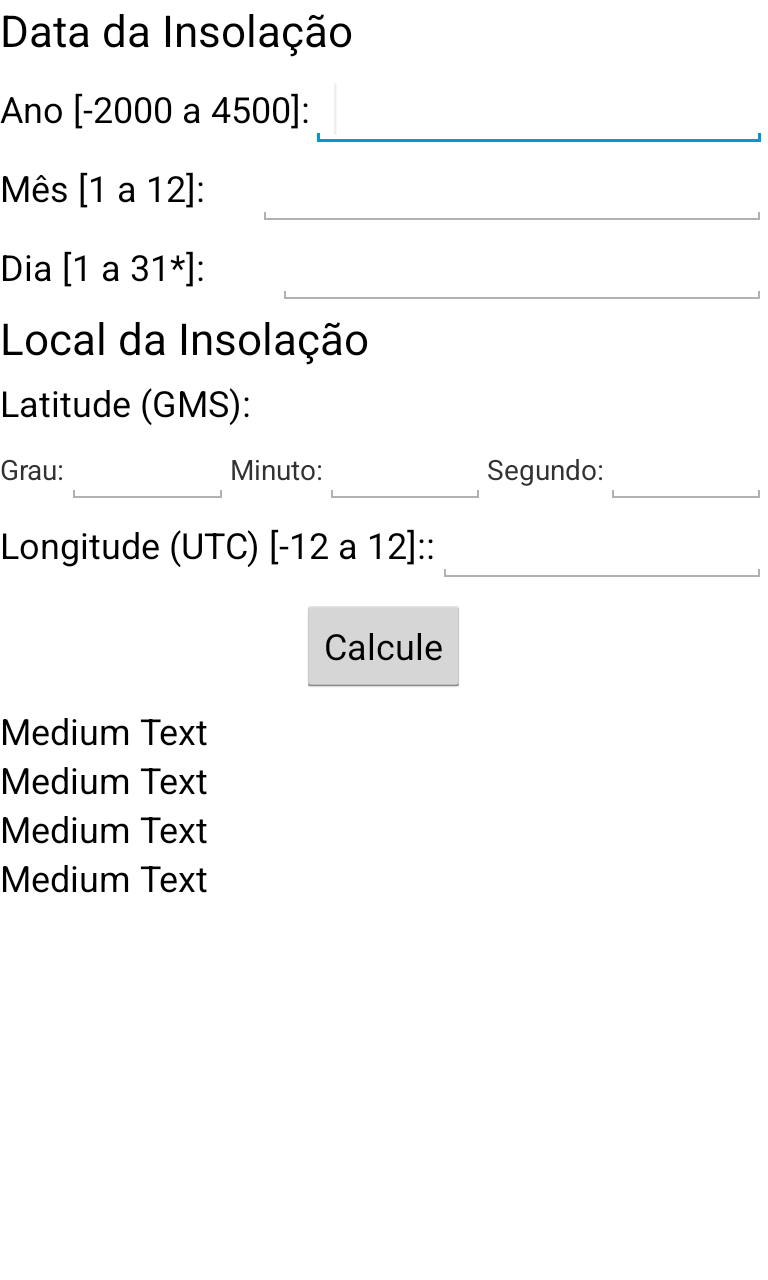
Repository: sergioPereiraBR/insolacao_terrestre
Layout: projeto/source code/InsolacaoTerrestre/res/layout/activity_insolacao_terrestre.xml
The author's editor kept a copy of each file at every save. The layout is drawn from the files as they stood at one save, then again after the next save.
It is drawn on a 768 x 1280 px phone screen (xhdpi) without system bars, with theme AppTheme; the app's code is not run.

Above is the layout before, as saved 2016-11-23 13:03:10.

### projeto/source code/InsolacaoTerrestre/res/layout/activity_insolacao_terrestre.xml
<LinearLayout xmlns:android="http://schemas.android.com/apk/res/android"
    xmlns:tools="http://schemas.android.com/tools"
    android:id="@+id/LinearLayout1"
    android:layout_width="match_parent"
    android:layout_height="match_parent"
    android:orientation="vertical"
    tools:context="${relativePackage}.${activityClass}" >

    <LinearLayout
        android:layout_width="fill_parent"
        android:layout_height="35dp" >

        <TextView
            android:id="@+id/textView4"
            android:layout_width="wrap_content"
            android:layout_height="wrap_content"
            android:text="Data da Insolação"
            android:textAppearance="?android:attr/textAppearanceLarge" />
    </LinearLayout>

    <LinearLayout
        android:layout_width="match_parent"
        android:layout_height="wrap_content" >

        <TextView
            android:id="@+id/textView5"
            android:layout_width="wrap_content"
            android:layout_height="wrap_content"
            android:text="Ano [-2000 a 4500]:"
            android:textAppearance="?android:attr/textAppearanceMedium" />

        <EditText
            android:id="@+id/editText1"
            android:layout_width="wrap_content"
            android:layout_height="wrap_content"
            android:layout_weight="1"
            android:ems="10"
            android:inputType="numberSigned" >

            <requestFocus />
        </EditText>
    </LinearLayout>

    <LinearLayout
        android:layout_width="match_parent"
        android:layout_height="wrap_content"
        android:orientation="horizontal" >

        <TextView
            android:id="@+id/textView1"
            android:layout_width="128dp"
            android:layout_height="wrap_content"
            android:text="Mês [1 a 12]:"
            android:textAppearance="?android:attr/textAppearanceMedium" />

        <EditText
            android:id="@+id/editText2"
            android:layout_width="fill_parent"
            android:layout_height="wrap_content"
            android:layout_weight="0.39"
            android:ems="10"
            android:inputType="number" />

    </LinearLayout>

    <LinearLayout
        android:layout_width="match_parent"
        android:layout_height="40dp" >

        <TextView
            android:id="@+id/textView2"
            android:layout_width="wrap_content"
            android:layout_height="wrap_content"
            android:layout_weight="1"
            android:text="Dia [1 a 31*]:"
            android:textAppearance="?android:attr/textAppearanceMedium" />

        <EditText
            android:id="@+id/editText3"
            android:layout_width="wrap_content"
            android:layout_height="wrap_content"
            android:layout_weight="1"
            android:ems="10"
            android:inputType="number" />

    </LinearLayout>

    <LinearLayout
        android:layout_width="match_parent"
        android:layout_height="35dp" >

        <TextView
            android:id="@+id/textView3"
            android:layout_width="wrap_content"
            android:layout_height="wrap_content"
            android:text="Local da Insolação"
            android:textAppearance="?android:attr/textAppearanceLarge" />

    </LinearLayout>

    <LinearLayout
        android:layout_width="match_parent"
        android:layout_height="wrap_content" >

        <TextView
            android:id="@+id/textView6"
            android:layout_width="wrap_content"
            android:layout_height="wrap_content"
            android:text="Latitude (GMS):"
            android:textAppearance="?android:attr/textAppearanceMedium" />

    </LinearLayout>

    <LinearLayout
        android:layout_width="match_parent"
        android:layout_height="wrap_content" >

        <TextView
            android:id="@+id/textView7"
            android:layout_width="wrap_content"
            android:layout_height="wrap_content"
            android:text="Grau:"
            android:textAppearance="?android:attr/textAppearanceSmall" />

        <EditText
        	android:id="@+id/editText4"
            android:layout_width="wrap_content"
            android:layout_height="wrap_content"
            android:layout_weight="1"
            android:ems="10"
            android:inputType="numberSigned" />


        <TextView
            android:id="@+id/textView8"
            android:layout_width="wrap_content"
            android:layout_height="wrap_content"
            android:text="Minuto:"
            android:textAppearance="?android:attr/textAppearanceSmall" />

        <EditText
            android:id="@+id/editText5"
            android:layout_width="wrap_content"
            android:layout_height="wrap_content"
            android:layout_weight="1"
            android:ems="10"
            android:inputType="number" />

        <TextView
            android:id="@+id/textView9"
            android:layout_width="wrap_content"
            android:layout_height="wrap_content"
            android:text="Segundo:"
            android:textAppearance="?android:attr/textAppearanceSmall" />

        <EditText
            android:id="@+id/editText6"
            android:layout_width="wrap_content"
            android:layout_height="wrap_content"
            android:layout_weight="1"
            android:ems="10"
            android:inputType="numberDecimal" />

    </LinearLayout>

    <LinearLayout
        android:layout_width="match_parent"
        android:layout_height="40dp" >

        <Space
            android:layout_width="wrap_content"
            android:layout_height="match_parent" />

        <TextView
            android:id="@+id/textView10"
            android:layout_width="wrap_content"
            android:layout_height="wrap_content"
            android:text="Longitude (UTC) [-12 a 12]::"
            android:textAppearance="?android:attr/textAppearanceMedium" />

        <EditText
            android:id="@+id/editText7"
            android:layout_width="wrap_content"
            android:layout_height="wrap_content"
            android:layout_weight="1"
            android:ems="10"
            android:inputType="numberSigned" />

    </LinearLayout>

    <LinearLayout
        android:layout_width="match_parent"
        android:layout_height="60dp" >

        <RelativeLayout
            android:layout_width="fill_parent"
            android:layout_height="fill_parent" >

            <Button
                android:id="@+id/button1"
                android:layout_width="wrap_content"
                android:layout_height="wrap_content"
                android:layout_centerHorizontal="true"
                android:layout_centerVertical="true"
                android:text="Calcule" />

        </RelativeLayout>

    </LinearLayout>

    <LinearLayout
        android:layout_width="match_parent"
        android:layout_height="wrap_content"
        android:orientation="vertical" >

        <TextView
            android:id="@+id/textView13"
            android:layout_width="wrap_content"
            android:layout_height="wrap_content"
            android:text="Medium Text"
            android:textAppearance="?android:attr/textAppearanceMedium" />

        <TextView
            android:id="@+id/textView14"
            android:layout_width="wrap_content"
            android:layout_height="wrap_content"
            android:text="Medium Text"
            android:textAppearance="?android:attr/textAppearanceMedium" />

        <TextView
            android:id="@+id/textView15"
            android:layout_width="wrap_content"
            android:layout_height="wrap_content"
            android:text="Medium Text"
            android:textAppearance="?android:attr/textAppearanceMedium" />

        <TextView
            android:id="@+id/textView12"
            android:layout_width="wrap_content"
            android:layout_height="wrap_content"
            android:text="Medium Text"
            android:textAppearance="?android:attr/textAppearanceMedium" />

    </LinearLayout>

</LinearLayout>

Loaded but not shown: projeto/source code/InsolacaoTerrestre/res/values/styles.xml (common file); projeto/source code/InsolacaoTerrestre/res/values-v11/styles.xml (common file); projeto/source code/InsolacaoTerrestre/res/values-v14/styles.xml (common file)

After the next save:
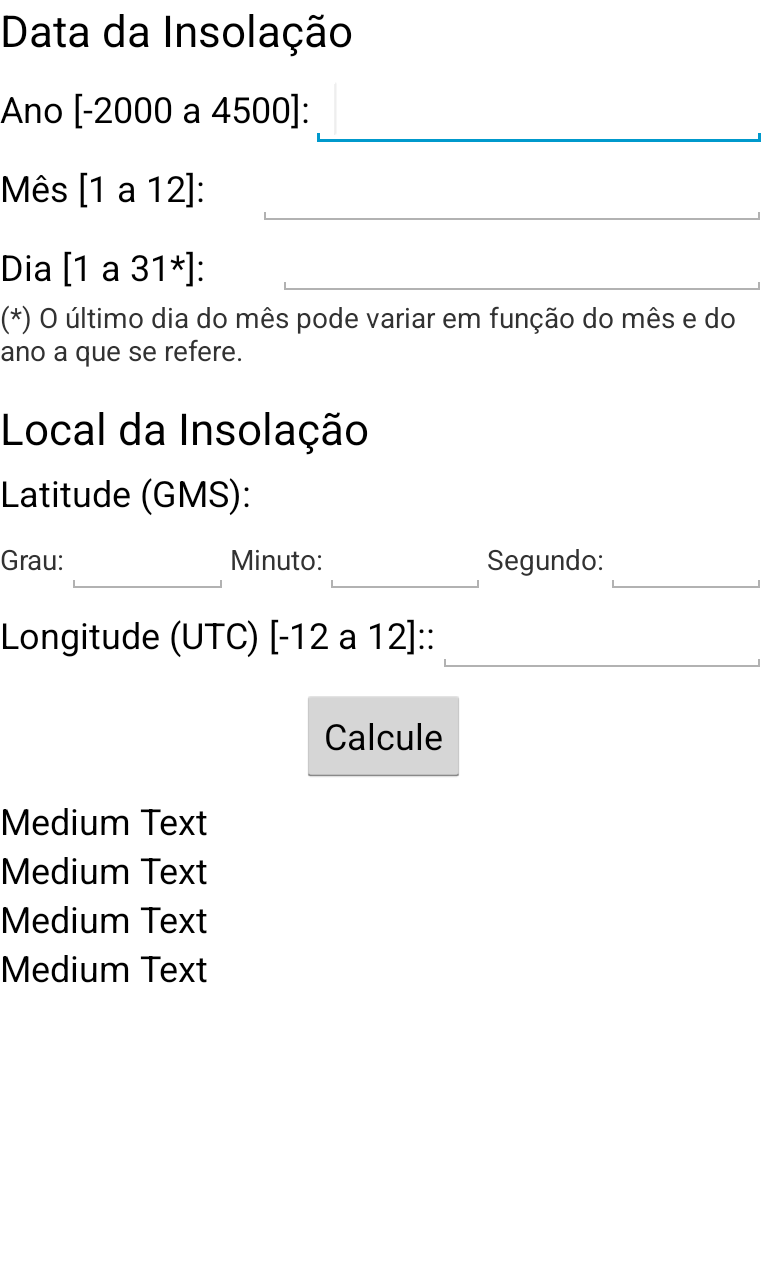
Saved 16 min 56 s later.
--- a/projeto/source code/InsolacaoTerrestre/res/layout/activity_insolacao_terrestre.xml
+++ b/projeto/source code/InsolacaoTerrestre/res/layout/activity_insolacao_terrestre.xml
@@ -65,23 +65,37 @@
 
     <LinearLayout
         android:layout_width="match_parent"
-        android:layout_height="40dp" >
-
-        <TextView
-            android:id="@+id/textView2"
-            android:layout_width="wrap_content"
-            android:layout_height="wrap_content"
-            android:layout_weight="1"
-            android:text="Dia [1 a 31*]:"
-            android:textAppearance="?android:attr/textAppearanceMedium" />
-
-        <EditText
-            android:id="@+id/editText3"
-            android:layout_width="wrap_content"
-            android:layout_height="wrap_content"
-            android:layout_weight="1"
-            android:ems="10"
-            android:inputType="number" />
+        android:layout_height="wrap_content"
+        android:orientation="vertical" >
+
+        <LinearLayout
+            android:layout_width="match_parent"
+            android:layout_height="35dp" >
+
+            <TextView
+                android:id="@+id/textView2"
+                android:layout_width="wrap_content"
+                android:layout_height="wrap_content"
+                android:layout_weight="1"
+                android:text="Dia [1 a 31*]:"
+                android:textAppearance="?android:attr/textAppearanceMedium" />
+
+            <EditText
+                android:id="@+id/editText3"
+                android:layout_width="wrap_content"
+                android:layout_height="wrap_content"
+                android:layout_weight="1"
+                android:ems="10"
+                android:inputType="number" />
+        </LinearLayout>
+
+        <TextView
+            android:id="@+id/textView11"
+            android:layout_width="wrap_content"
+            android:layout_height="50dp"
+            android:layout_weight="1"
+            android:text="(*) O último dia do mês pode variar em função do mês e do ano a que se refere."
+            android:textAppearance="?android:attr/textAppearanceSmall" />
 
     </LinearLayout>
 
